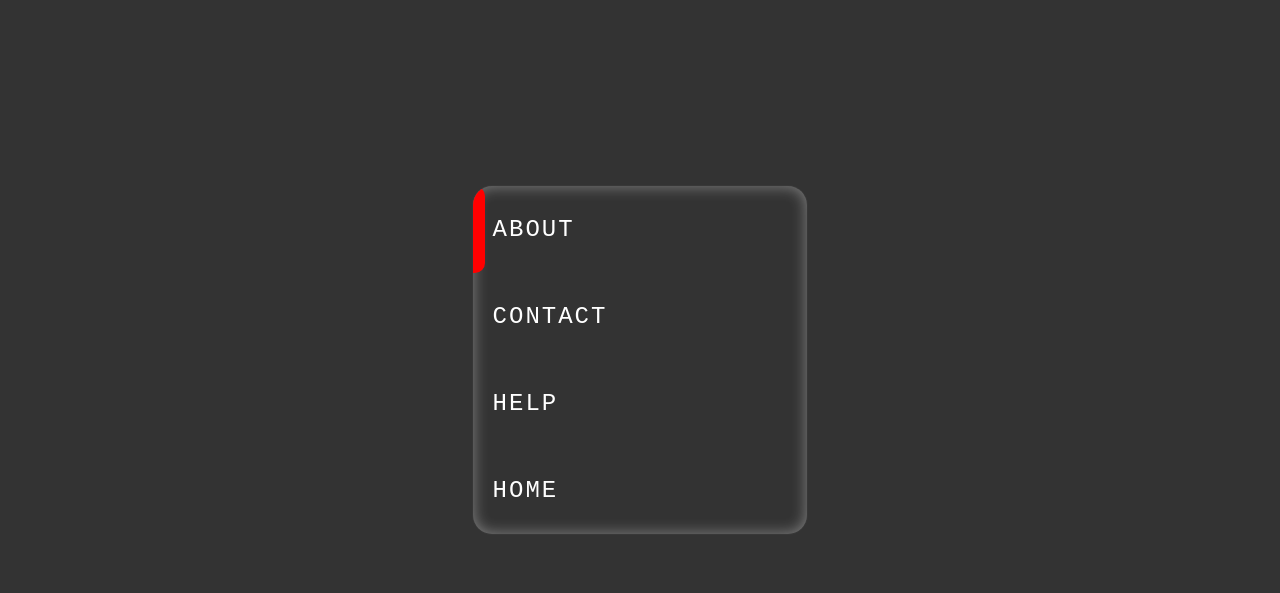
Repository: Rostyk-qq/Projects_Web
Page: menuRanLine/new.html
The author's editor kept a copy of each file at every save. The page is drawn from the files as they stood at one save, then again after a run of saves.
The browser window is 1280 px wide. The pictures show the whole page.

Above is the page before, as saved 2023-09-30 14:27:30.

### menuRanLine/new.html
<!DOCTYPE html>
<html lang="en">
<head>
    <meta charset="UTF-8">
    <meta name="viewport" content="width=device-width, initial-scale=1.0">
    <link rel="stylesheet" href="./new.css">
    <title>Document</title>
</head>
<body>
    <div class="wrapper">
        <ul class="menu">
            <li data-color-effect="red" class="menu__item">
                <a href="#" class="menu__link">About</a>
            </li>
            <li data-color-effect="blue" class="menu__item">
                <a href="#" class="menu__link">Contact</a>
            </li>
            <li data-color-effect="purple" class="menu__item">
                <a href="#" class="menu__link">Help</a>
            </li>
            <li data-color-effect="pink" class="menu__item">
                <a href="#" class="menu__link">Home</a>
            </li>

            <div class="menu__line-container">
                <span></span>
            </div>
        </ul>
    </div>

    <script src="./new.js"></script>
</body>
</html>

### menuRanLine/new.css
*{
    margin: 0;
    padding: 0;
    box-sizing: border-box;
}
body{
    width: 100vw;
    height: 100vh;
    overflow: hidden;
    user-select: none;
    font-family: 'Courier New', Courier, monospace;
}
.wrapper{
    width: 100%;
    height: 100%;
    display: grid;
    place-items: center;
    background-color: #333;
}
.menu{
    position: relative;
    padding: 0;
    border-radius: 20px;
    display: flex;
    flex-direction: column;
    overflow: hidden;
    flex-wrap: wrap;
    box-shadow: 0px 0px 10px #1115;
}
.menu__item{
    list-style: none;
    padding: 30px 200px 30px 20px;
}
.menu__link{
    display: block;
    text-decoration: none;
    text-transform: uppercase;
    letter-spacing: 2px;
    font-size: 24px;
    color: #fff;
}

.menu__line-container{
    position: absolute;
    width: 12px;
    height: 100%;
    top: 0;
    left: 0;
}
.menu__line-container span{
    position: absolute;
    width: 100%;
    height: 25%;
    top: 0;
    left: 0;
    border-radius: 0px 10px 10px 0px;
    background-color: red;
    transform: translateX(-100%);
}




.menu{
   box-shadow: inset 0px 0px 15px 0px transparent;
   border: 1px solid transparent;
}
.loaded .menu{
    box-shadow: inset 0px 0px 15px 0px #fff6;
    border: 1px solid rgba(255, 255, 255, 0.025);
    transition: all 1s ease;
}
.menu__link{
    transform: translateX(-120%);
}
.loaded .menu__link{
    transform: translateX(0%);
    transition: transform 1s ease;
}
.loaded .menu__item:nth-child(1) .menu__link{
    transition-delay: .3s;
}
.loaded .menu__item:nth-child(2) .menu__link{
    transition-delay: .6s;
}
.loaded .menu__item:nth-child(3) .menu__link{
    transition-delay: .8s;
}
.loaded .menu__item:nth-child(4) .menu__link{
    transition-delay: 1s;
}
.loaded .menu__line-container span{
    transform: translateX(0%);
    transition: transform 1s ease;
    transition-delay: 1s;
}

### menuRanLine/new.js
window.addEventListener('load', loadWindow);

function loadWindow(e){
    document.documentElement.classList.add('loaded')
}

After the next 3 saves:
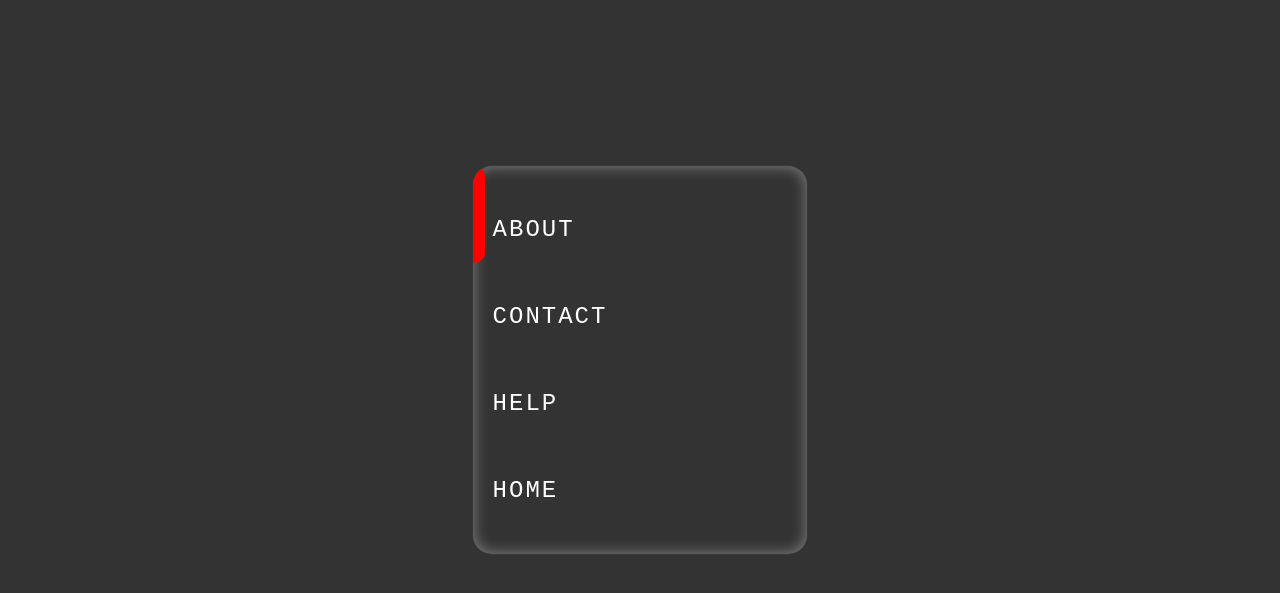
The 3 saves are shown as one change because they came seconds apart.
The last was saved 38 s later.
--- a/menuRanLine/new.css
+++ b/menuRanLine/new.css
@@ -64,6 +64,7 @@
 .menu{
    box-shadow: inset 0px 0px 15px 0px transparent;
    border: 1px solid transparent;
+   padding: 20px 0px;
 }
 .loaded .menu{
     box-shadow: inset 0px 0px 15px 0px #fff6;

After the save that followed:
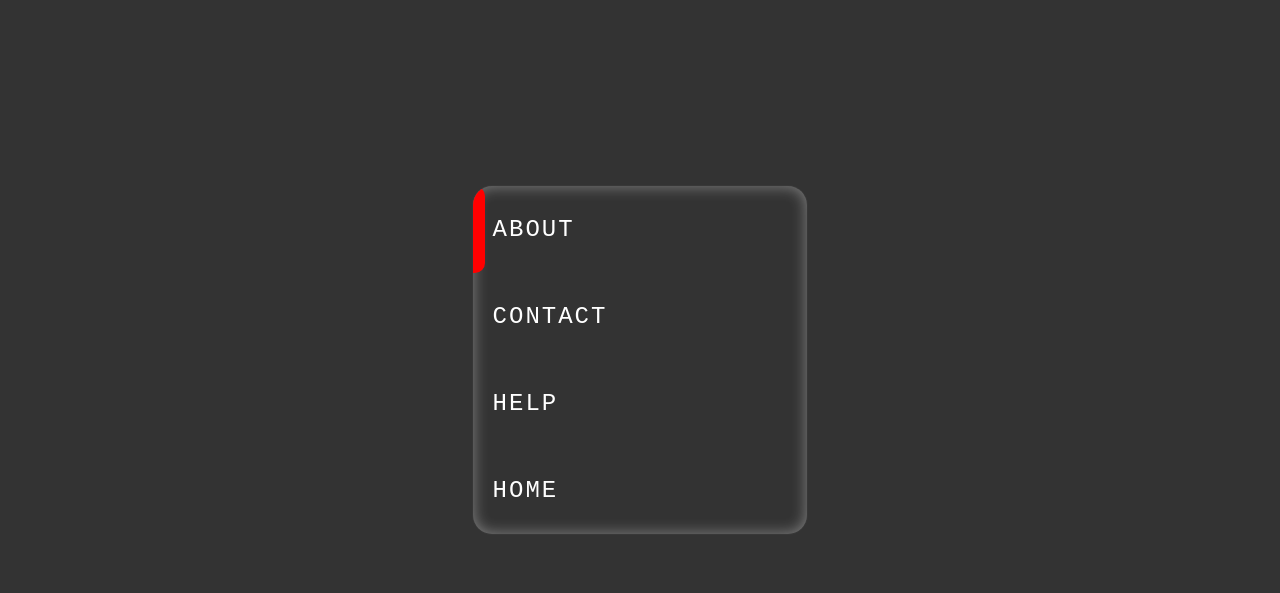
Saved 26 s later.
--- a/menuRanLine/new.css
+++ b/menuRanLine/new.css
@@ -64,7 +64,6 @@
 .menu{
    box-shadow: inset 0px 0px 15px 0px transparent;
    border: 1px solid transparent;
-   padding: 20px 0px;
 }
 .loaded .menu{
     box-shadow: inset 0px 0px 15px 0px #fff6;
